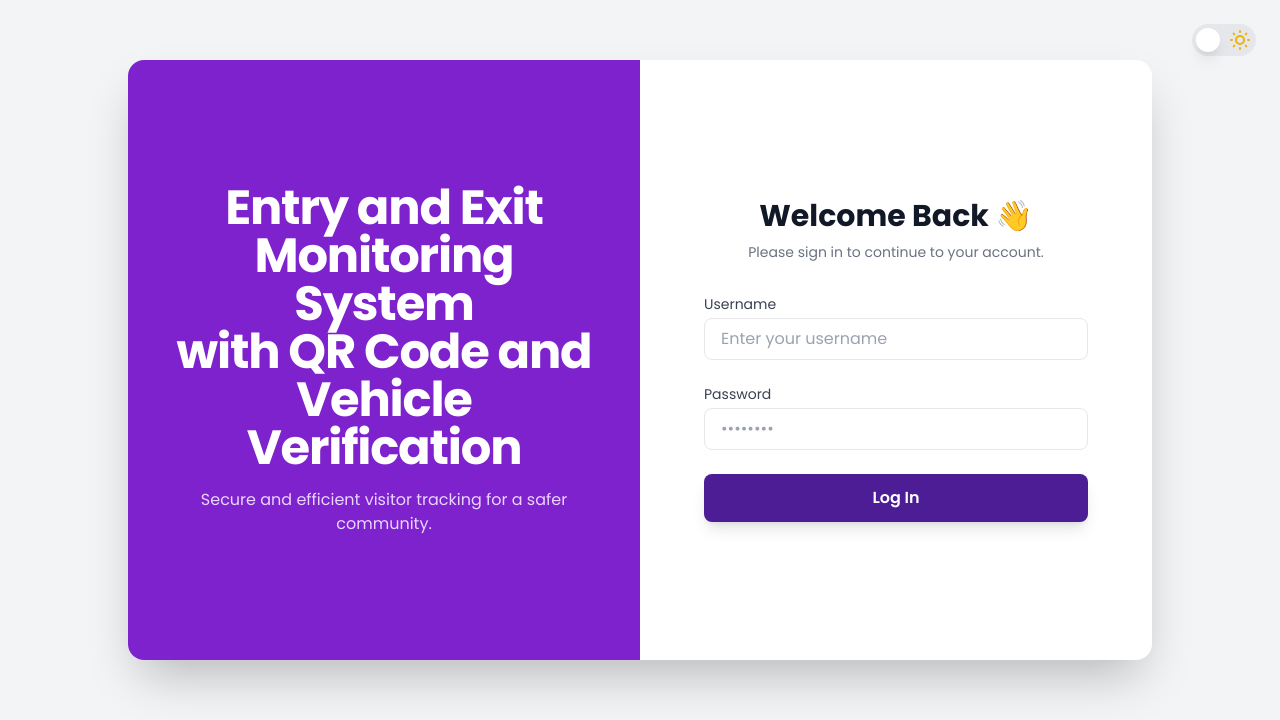
Repository: camuramon/my-project
Page: templates/login.html
The author's editor kept a copy of each file at every save. The page is drawn from the files as they stood at one save, then again after the next save.
The browser window is 1280 px wide. The pictures show the whole page.
Some web libraries are served in a nearby version. The template is drawn by Flask 3. The application's start-up code is not run. Other server files are loaded and not shown. The template is opened directly, without the code that normally fills it, so the values that code supplies are empty.

Above is the page before, as saved 2025-09-10 11:11:47.

### templates/login.html
<!DOCTYPE html>
<html lang="en" class="light">
<head>
    <meta charset="UTF-8">
    <meta name="viewport" content="width=device-width, initial-scale=1.0">
    <title>Cypress Subdivision - Login</title>
    <script src="https://cdn.tailwindcss.com"></script>
    <link rel="preconnect" href="https://fonts.googleapis.com">
    <link rel="preconnect" href="https://fonts.gstatic.com" crossorigin>
    <link href="https://fonts.googleapis.com/css2?family=Poppins:wght@400;600;700&display=swap" rel="stylesheet">
    <style>
        :root {
            --bg-color-light: #f3f4f6;
            --card-bg-light: #ffffff;
            --text-color-light: #1f2937;
            --sub-text-color-light: #6b7280;
            --border-color-light: #e5e7eb;
            --primary-color: #4c1d95; /* Deep Purple */
            --primary-hover: #3b0764;
        }
        .dark {
            --bg-color-light: #111827;
            --card-bg-light: #1f2937;
            --text-color-light: #f9fafb;
            --sub-text-color-light: #9ca3af;
            --border-color-light: #374151;
        }
        body {
            font-family: 'Poppins', sans-serif;
            background-color: var(--bg-color-light);
            color: var(--text-color-light);
            transition: background-color 0.3s, color 0.3s;
        }
        .card {
            background-color: var(--card-bg-light);
            transition: background-color 0.3s;
        }
        .input-field {
            background-color: var(--card-bg-light);
            border-color: var(--border-color-light);
            color: var(--text-color-light);
            transition: all 0.2s ease;
        }
        .input-field:focus {
            border-color: var(--primary-color);
            box-shadow: 0 0 0 2px rgba(76, 29, 149, 0.5);
        }
        .btn-primary {
            background-color: var(--primary-color);
            transition: background-color 0.2s ease, transform 0.2s ease;
        }
        .btn-primary:hover {
            background-color: var(--primary-hover);
            transform: translateY(-2px);
        }

        /* --- New CSS for the sliding button --- */
        .dark #theme-toggle span {
            transform: translateX(100%);
        }
    </style>
</head>
<body class="flex flex-col h-screen antialiased justify-center items-center p-4">

    <div class="absolute top-6 right-6">
        <button id="theme-toggle" class="relative w-16 h-8 rounded-full bg-gray-200 dark:bg-gray-700 transition-colors duration-300 flex items-center justify-between p-1 focus:outline-none focus:ring-2 focus:ring-purple-500">
            <svg class="h-6 w-6 text-gray-800 dark:text-gray-300 transition-opacity duration-300" fill="none" viewBox="0 0 24 24" stroke="currentColor">
                <path stroke-linecap="round" stroke-linejoin="round" stroke-width="2" d="M20.354 15.354A9 9 0 018.646 3.646 9.003 9.003 0 0012 21a9.003 9.003 0 008.354-5.646z" />
            </svg>
            <span class="absolute w-6 h-6 bg-white dark:bg-gray-900 rounded-full shadow-lg transform transition-transform duration-300 ease-in-out"></span>
            <svg class="h-6 w-6 text-yellow-500 transition-opacity duration-300" fill="none" viewBox="0 0 24 24" stroke="currentColor">
                <path stroke-linecap="round" stroke-linejoin="round" stroke-width="2" d="M12 3v1m0 16v1m9-9h-1M4 12H3m15.364 6.364l-.707-.707M6.343 6.343l-.707-.707m12.728 0l-.707.707M6.343 17.657l-.707.707M16 12a4 4 0 11-8 0 4 4 0 018 0z" />
            </svg>
        </button>
    </div>

    <div class="relative w-full max-w-5xl overflow-hidden bg-white dark:bg-gray-800 rounded-2xl shadow-2xl md:grid md:grid-cols-2 lg:h-[600px] md:h-[500px]">
        <div class="bg-purple-700 dark:bg-purple-900 p-8 flex flex-col justify-center items-center text-center text-white md:p-12">
            <div class="max-w-md">
                <h1 class="text-4xl lg:text-5xl font-extrabold tracking-tight leading-tight">
                     Entry and Exit Monitoring System
                    <br class="hidden md:inline">
                  with QR Code and Vehicle Verification
                </h1>
                <p class="mt-4 text-purple-200 dark:text-purple-300 text-sm md:text-base">
                    Secure and efficient visitor tracking for a safer community.
                </p>
            </div>
        </div>
        <div class="flex flex-col justify-center p-8 md:p-12">
            <div class="w-full max-w-sm mx-auto">
                <h2 class="text-3xl font-extrabold text-gray-900 dark:text-white text-center mb-2">
                    Welcome Back 👋
                </h2>
                <p class="text-gray-500 dark:text-gray-400 text-center mb-8 text-sm">
                    Please sign in to continue to your account.
                </p>
                <form method="POST" action="/" class="space-y-6">
                    <div>
                        <label for="username" class="block text-sm font-medium text-gray-700 dark:text-gray-300 mb-1">Username</label>
                        <input type="text" id="username" name="username" placeholder="Enter your username" class="w-full input-field px-4 py-2 border rounded-lg focus:outline-none focus:ring-2">
                    </div>
                    <div>
                        <label for="password" class="block text-sm font-medium text-gray-700 dark:text-gray-300 mb-1">Password</label>
                        <input type="password" id="password" name="password" placeholder="••••••••" class="w-full input-field px-4 py-2 border rounded-lg focus:outline-none focus:ring-2">
                    </div>
                    <button type="submit" class="btn-primary text-white rounded-lg py-3 px-6 w-full font-semibold shadow-lg hover:shadow-xl transform hover:scale-[1.01] active:scale-95">
                        Log In
                    </button>
                </form>
            </div>
        </div>
    </div>
    <script>
        document.getElementById('theme-toggle').addEventListener('click', () => {
            const html = document.documentElement;
            html.classList.toggle('dark');
            if (html.classList.contains('dark')) {
                localStorage.setItem('theme', 'dark');
            } else {
                localStorage.setItem('theme', 'light');
            }
        });

        if (localStorage.getItem('theme') === 'dark' || (!('theme' in localStorage) && window.matchMedia('(prefers-color-scheme: dark)').matches)) {
            document.documentElement.classList.add('dark');
        } else {
            document.documentElement.classList.remove('dark');
        }
    </script>
</body>
</html>

After the next save:
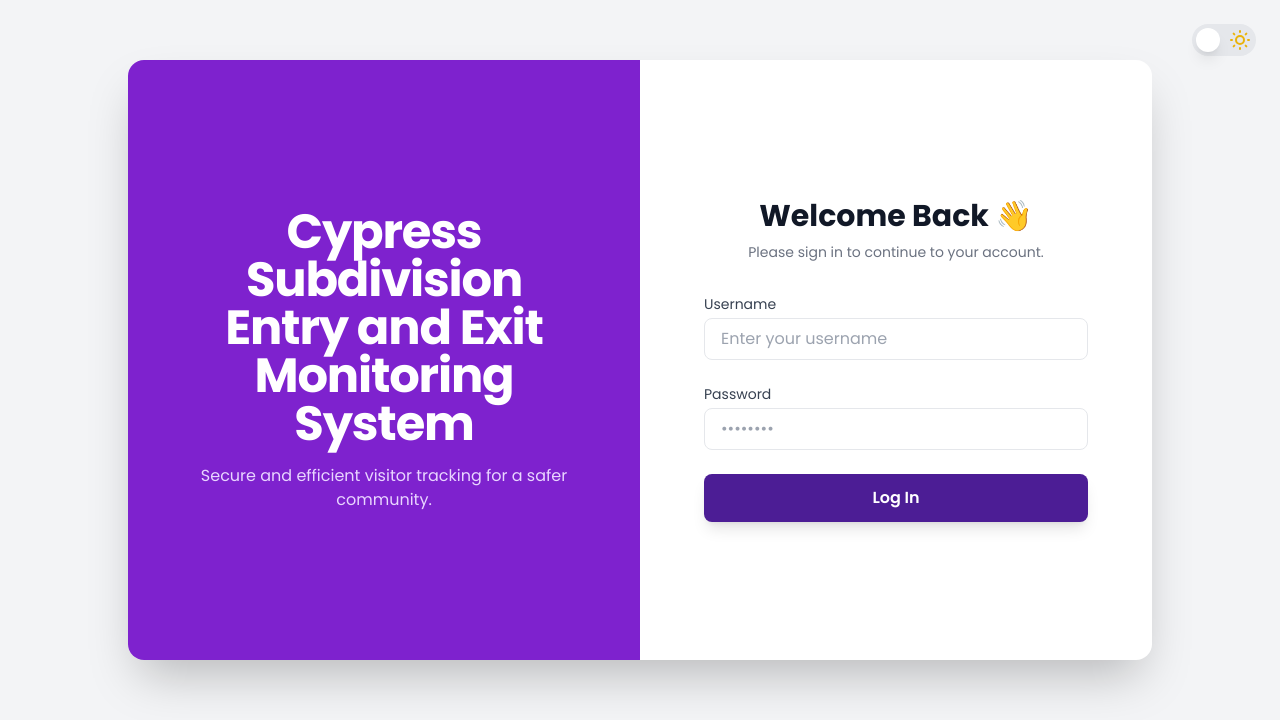
Saved 87 s later.
--- a/templates/login.html
+++ b/templates/login.html
@@ -78,9 +78,9 @@
         <div class="bg-purple-700 dark:bg-purple-900 p-8 flex flex-col justify-center items-center text-center text-white md:p-12">
             <div class="max-w-md">
                 <h1 class="text-4xl lg:text-5xl font-extrabold tracking-tight leading-tight">
-                     Entry and Exit Monitoring System
+                    Cypress Subdivision
                     <br class="hidden md:inline">
-                  with QR Code and Vehicle Verification
+                    Entry and Exit Monitoring System
                 </h1>
                 <p class="mt-4 text-purple-200 dark:text-purple-300 text-sm md:text-base">
                     Secure and efficient visitor tracking for a safer community.
